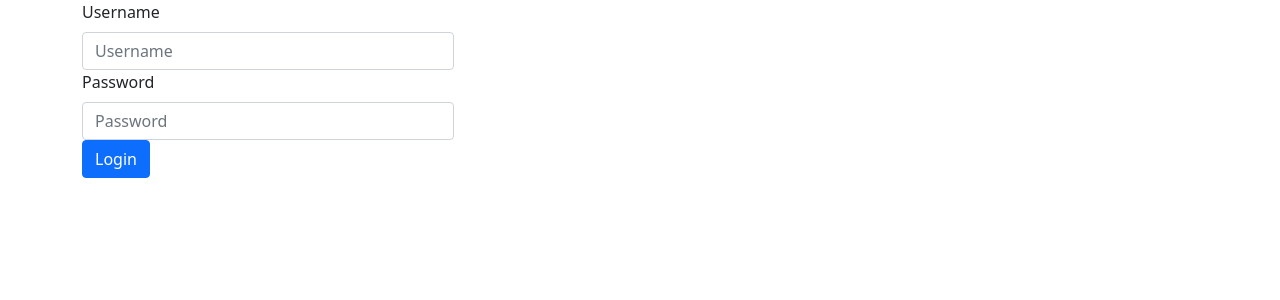
Repository: dilaraozdem1r/BooksApp
Page: /admin
An editor plug-in stored every save of this project. The page is shown before and after the next save, followed by the edit.
The browser window is 1280 px wide. The pictures show the whole page.
The page's requests for data from a server got no answer. The project was rebuilt for these pictures with package versions that can differ from the ones it lists, and the page was loaded fresh each time. No one was signed in, and anything a server would have sent is missing. Also part of the build but not shown: src/Components/BookList.js, src/Components/SearchBar.js.

Above is the page before, as saved 2021-08-20 13:27:38.

After the next save:
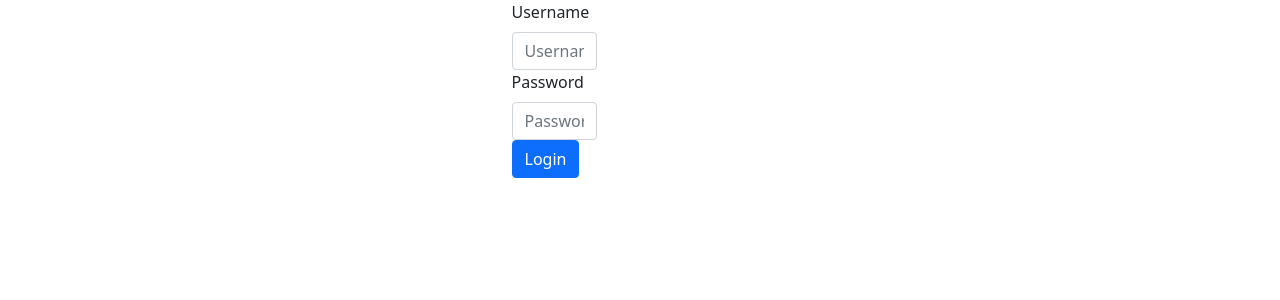
Saved 58 s later.
--- a/src/Components/Admin.js
+++ b/src/Components/Admin.js
@@ -6,8 +6,9 @@ class Admin extends React.Component {
         return (
             <Router>
                 <Switch>
-                <div class="container h-100">
-  <div class="row h-100 justify-content-center align-items-center">
+                <section class="h-100">
+  <header class="container h-100">
+    <div class="d-flex align-items-center justify-content-center h-100">
                     <form>
                     <div class="col-md-4">
                             <label for="exampleInputEmail1" class="form-label">Username</label>
@@ -23,7 +24,8 @@ class Admin extends React.Component {
                                     <button type="submit" className="btn btn-primary">Login</button>
                     </form>
                     </div>
-                    </div>
+                    </header>
+                    </section>
                 </Switch>
         </Router>
 
